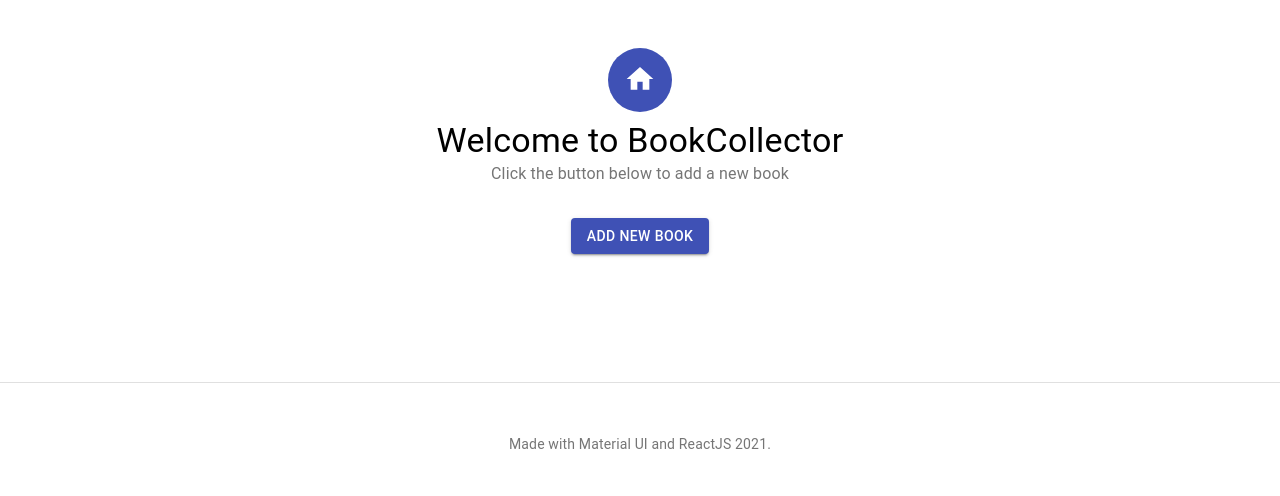
Repository: Colo-Codes/mini-project-react-book-collector
Page: /
These files come from the project's save history. The page is drawn as it stood at one moment and after the next save; the edit follows.
The browser window is 1280 px wide. The pictures show the whole page.
The project was rebuilt for these pictures with package versions that can differ from the ones it lists, and the page was loaded fresh each time. Also part of the build but not shown: src/Books/BooksGridItem.js, src/Books/AddBookForm.js.

Above is the page before, as saved 2021-08-25 14:10:14.

After the next save:
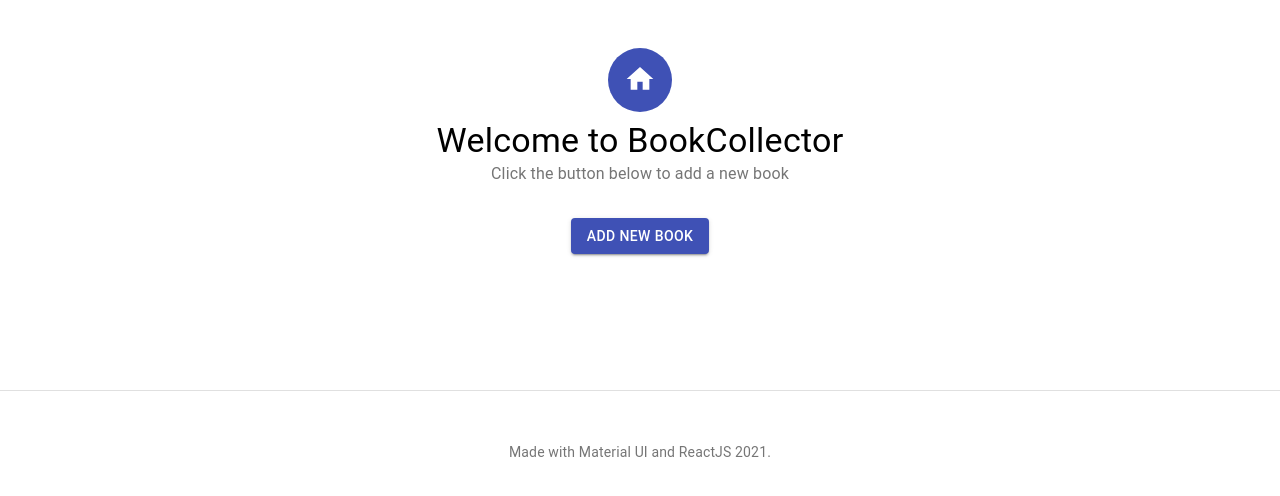
Saved 9 s later.
--- a/src/App.js
+++ b/src/App.js
@@ -22,7 +22,7 @@ const useStyles = makeStyles(theme => ({
   },
   button: {
     marginTop: theme.spacing(4),
-    marginBottom: theme.spacing(16),
+    marginBottom: theme.spacing(17),
 
   },
   footer: {
